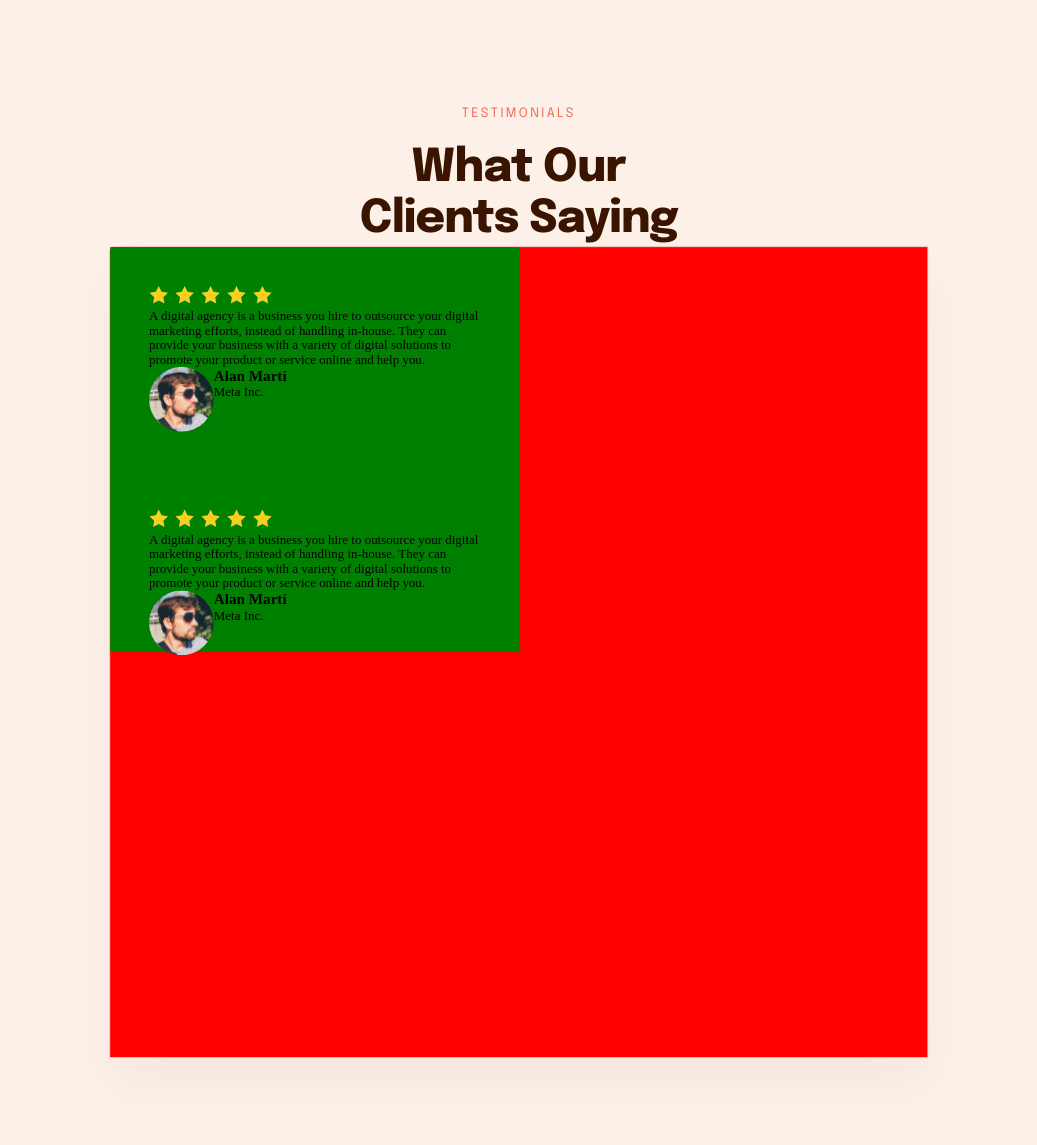
Repository: simralgasimov/task
Page: index.html
These files come from the project's save history. The page is drawn as it stood at one moment and after the next save; the edit follows.
The browser window is 1280 px wide. The pictures show the whole page, at 81% of full size.

Above is the page before, as saved 2023-09-06 13:36:48.

After the next save:
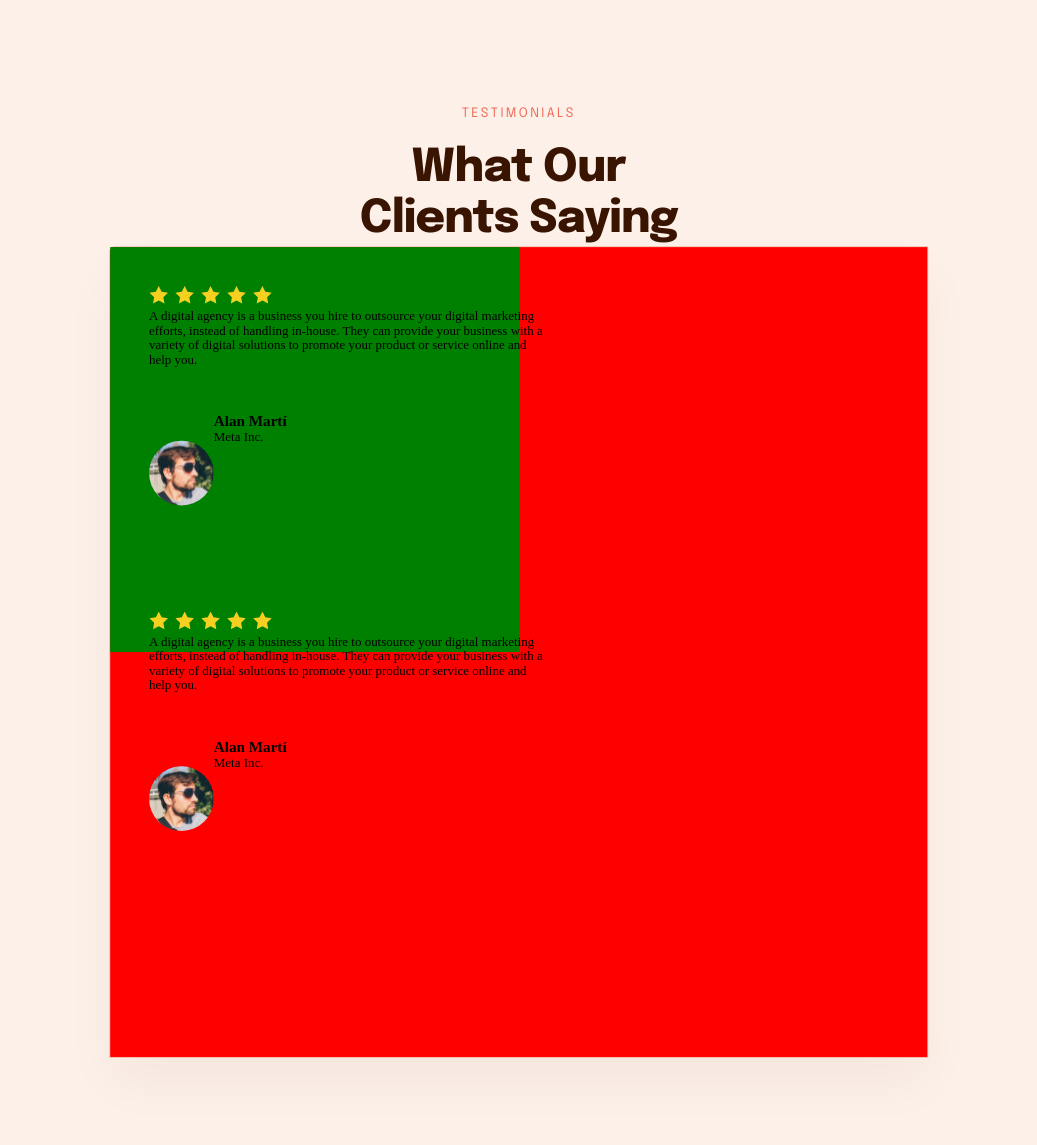
Saved 21 s later.
--- a/index.css
+++ b/index.css
@@ -55,7 +55,7 @@
 .container .comment .box{
     padding: 48px;
 }
-.container .comment .box-1 p {
+.container .comment .box p {
   width: 490px;
   height: 128px;
 }

After the save that followed:
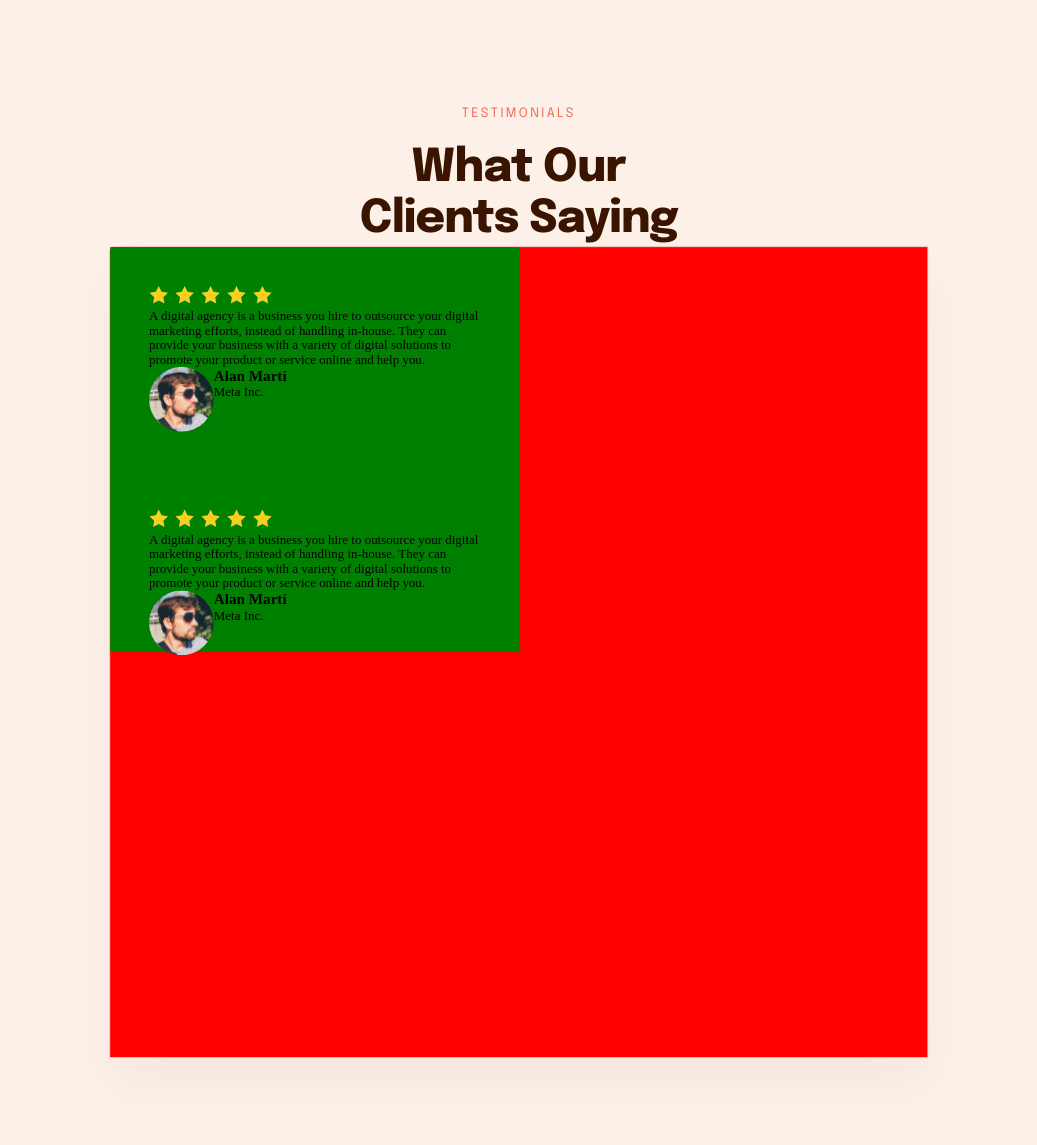
Saved 8 s later.
--- a/index.css
+++ b/index.css
@@ -55,10 +55,7 @@
 .container .comment .box{
     padding: 48px;
 }
-.container .comment .box p {
-  width: 490px;
-  height: 128px;
-}
+
 .user {
   display: flex;
 }
